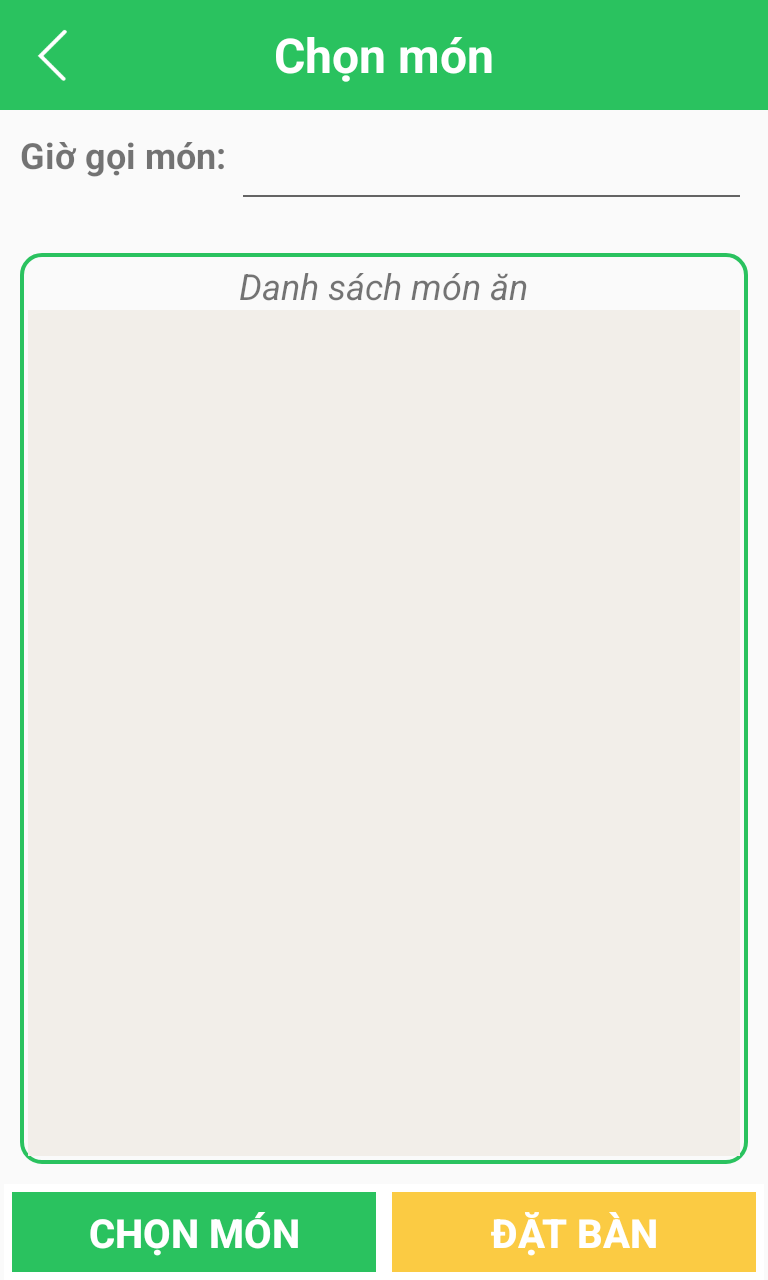
Repository: yenthanh132/Intelresment_AndroidClientApp
Layout: Intelresment/res/layout/activity_order.xml
The author's editor kept a copy of each file at every save. The layout is drawn from the files as they stood at one save, then again after the next save.
It is drawn on a 768 x 1280 px phone screen (xhdpi) without system bars, with theme AppTheme; the app's code is not run. Lists and similar views that code fills are empty.

Above is the layout before, as saved 2014-12-27 07:43:50.

### Intelresment/res/layout/activity_order.xml
<?xml version="1.0" encoding="utf-8"?>
<RelativeLayout xmlns:android="http://schemas.android.com/apk/res/android"
    android:layout_width="match_parent"
    android:layout_height="match_parent" >

    <RelativeLayout
        android:id="@+id/header"
        android:layout_width="match_parent"
        android:layout_height="wrap_content"
        android:background="#2AC25F"
        android:padding="10dp" >

        <ImageButton
            android:id="@+id/btnBack"
            android:layout_width="35dp"
            android:layout_height="35dp"
            android:background="@drawable/transparent_button"
            android:scaleType="fitXY"
            android:src="@drawable/back" />

        <TextView
            android:id="@+id/tvLabel1"
            android:layout_width="wrap_content"
            android:layout_height="wrap_content"
            android:layout_centerInParent="true"
            android:text="Chọn món"
            android:textColor="#fff"
            android:textSize="24sp"
            android:textStyle="bold" />
    </RelativeLayout>

    <RelativeLayout
        android:id="@+id/panelDetail"
        android:layout_width="match_parent"
        android:layout_height="wrap_content"
        android:layout_above="@+id/panelButton"
        android:layout_below="@+id/header"
        android:padding="10dp" >

        <TextView
            android:id="@+id/tvLabel2"
            android:layout_width="wrap_content"
            android:layout_height="wrap_content"
            android:text="Giờ gọi món: "
            android:textSize="18sp"
            android:textStyle="bold" />

        <EditText
            android:id="@+id/txtFilter"
            android:layout_width="match_parent"
            android:layout_height="wrap_content"
            android:layout_toRightOf="@+id/tvLabel2"
            android:inputType="text" />

        <RelativeLayout
            android:id="@+id/panelFood"
            android:layout_width="match_parent"
            android:layout_height="wrap_content"
            android:layout_below="@+id/txtFilter"
            android:layout_marginTop="20dp"
            android:background="@drawable/oval_rectangle"
            android:padding="4dp" >

            <TextView
                android:id="@+id/tvLabel3"
                android:layout_width="wrap_content"
                android:layout_height="wrap_content"
                android:layout_centerHorizontal="true"
                android:text="Danh sách món ăn"
                android:textSize="18sp"
                android:textStyle="italic" />

            <GridView
                android:id="@+id/gvFood"
                android:layout_width="match_parent"
                android:layout_height="match_parent"
                android:layout_below="@+id/tvLabel3"
                android:background="#F2EEE9" >
            </GridView>
        </RelativeLayout>
    </RelativeLayout>

    <LinearLayout
        android:id="@+id/panelButton"
        android:layout_width="match_parent"
        android:layout_height="wrap_content"
        android:layout_alignParentBottom="true"
        android:paddingLeft="2dp"
        android:paddingRight="2dp"
        android:weightSum="2" >

        <Button
            android:id="@+id/btnChooseFood"
            android:layout_width="match_parent"
            android:layout_height="wrap_content"
            android:layout_weight="1"
            android:background="@drawable/green_button"
            android:padding="10dp"
            android:text="Chọn món"
            android:textColor="#fff"
            android:textSize="20sp"
            android:textStyle="bold" />

        <Button
            android:id="@+id/btnOrder"
            android:layout_width="match_parent"
            android:layout_height="wrap_content"
            android:layout_weight="1"
            android:background="@drawable/orange_button"
            android:padding="10dp"
            android:text="Đặt bàn"
            android:textColor="#fff"
            android:textSize="20sp"
            android:textStyle="bold" />
    </LinearLayout>

</RelativeLayout>

### Intelresment/res/drawable/transparent_button.xml
<?xml version="1.0" encoding="utf-8"?>
<selector xmlns:android="http://schemas.android.com/apk/res/android">

    <item android:state_pressed="true"><shape>
            <solid android:color="#0E9174" />
        </shape></item>
    <item><shape>
            <solid android:color="#00000000" />
        </shape></item>

</selector>

### Intelresment/res/drawable/oval_rectangle.xml
<?xml version="1.0" encoding="utf-8"?>
<shape xmlns:android="http://schemas.android.com/apk/res/android" >

    <corners android:radius="10dp" />

    <stroke
        android:width="2dp"
        android:color="#2AC25F" />

</shape>

### Intelresment/res/drawable/green_button.xml
<?xml version="1.0" encoding="utf-8"?>
<selector xmlns:android="http://schemas.android.com/apk/res/android">

    <item android:state_pressed="true"><shape>
            <solid android:color="#0E9174" />

            <stroke android:width="4dp" android:color="#fff" />

            <padding android:bottom="10dp" android:left="10dp" android:right="10dp" android:top="10dp" />
        </shape></item>
    <item><shape>
            <solid android:color="#2AC25F" />

            <stroke android:width="4dp" android:color="#fff" />


        </shape></item>

</selector>

### Intelresment/res/drawable/orange_button.xml
<?xml version="1.0" encoding="utf-8"?>
<selector xmlns:android="http://schemas.android.com/apk/res/android">

    <item android:state_pressed="true"><shape>
            <solid android:color="#0E9174" />

            <stroke android:width="4dp" android:color="#fff" />

            <padding android:bottom="10dp" android:left="10dp" android:right="10dp" android:top="10dp" />
        </shape></item>
    <item><shape>
            <solid android:color="#FBCB43" />

            <stroke android:width="4dp" android:color="#fff" />


        </shape></item>

</selector>

Loaded but not shown: Intelresment/res/values/styles.xml (common file); Intelresment/res/values-v11/styles.xml (common file); Intelresment/res/values-v14/styles.xml (common file)

After the next save:
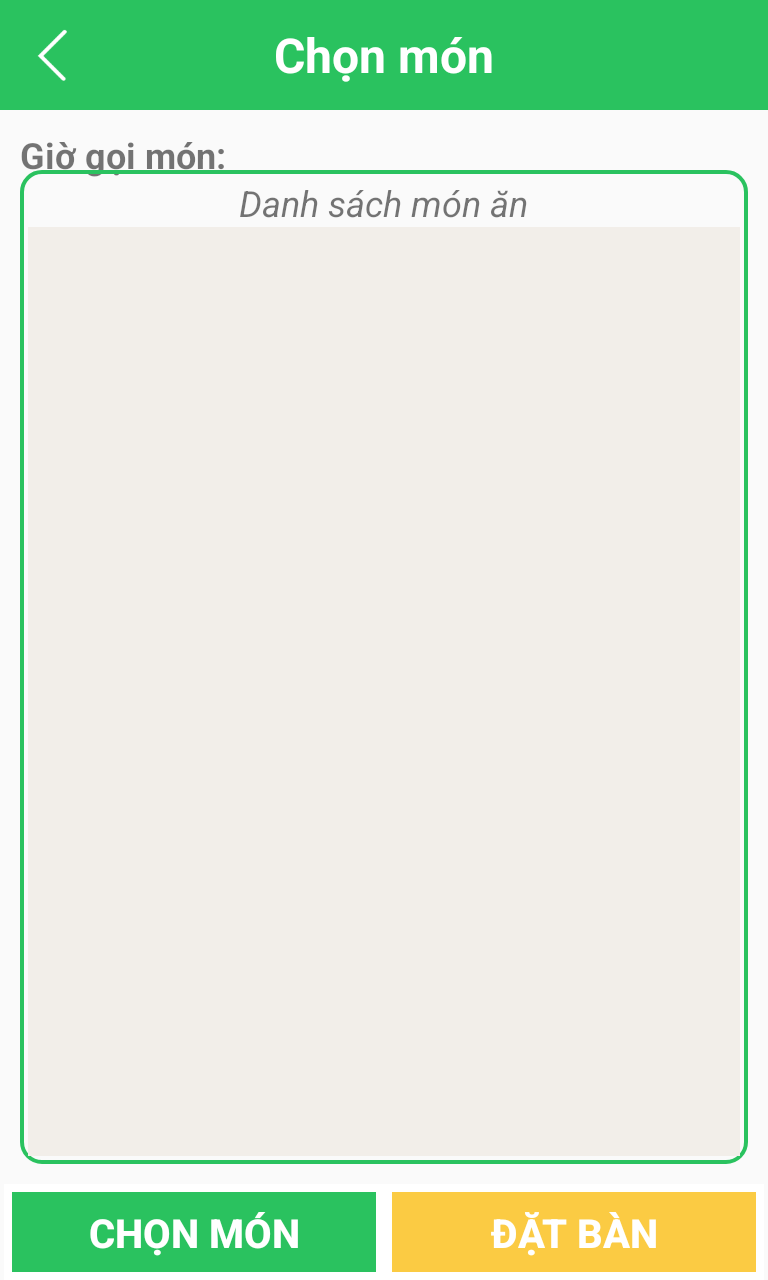
Saved 10 s later.
--- a/Intelresment/res/layout/activity_order.xml
+++ b/Intelresment/res/layout/activity_order.xml
@@ -45,12 +45,7 @@
             android:textSize="18sp"
             android:textStyle="bold" />
 
-        <EditText
-            android:id="@+id/txtFilter"
-            android:layout_width="match_parent"
-            android:layout_height="wrap_content"
-            android:layout_toRightOf="@+id/tvLabel2"
-            android:inputType="text" />
+
 
         <RelativeLayout
             android:id="@+id/panelFood"
